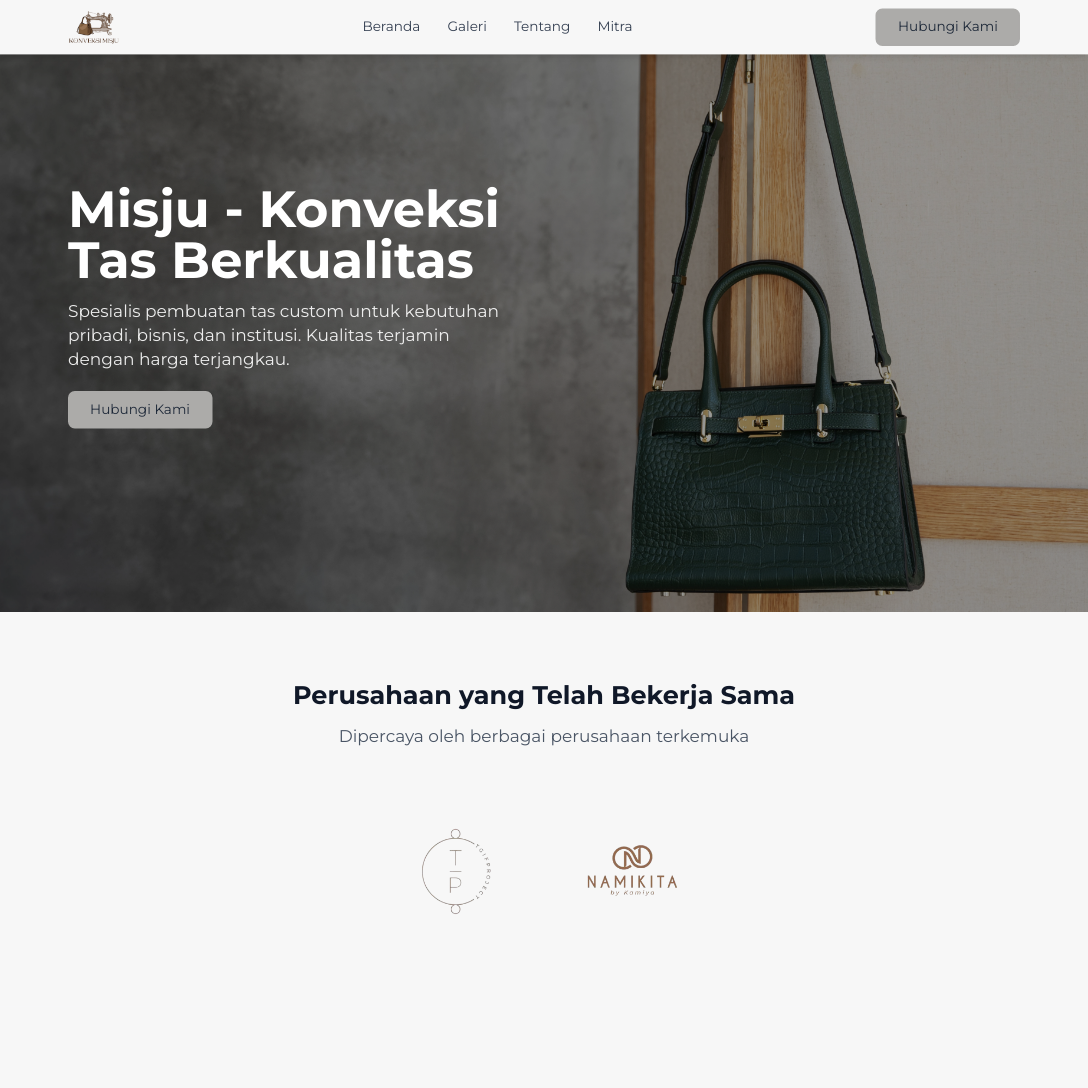
Repository: faridfirdaus-fred/konveksi_misju
Page: /
These files come from the project's save history. The page is drawn as it stood at one moment and after the next save; the edit follows.
The browser window is 1280 px wide. The pictures show the part of the page from y = 0 to 1280 px (the page is 3432 px tall before and 3472 px after), at 85% of full size.
Pictures or frames that could not be fetched are drawn as grey boxes. The project was rebuilt for these pictures with package versions that can differ from the ones it lists, and the page was loaded fresh each time. Also part of the build but not shown: vite.config.js.

Above is the page before, as saved 2026-01-10 15:34:06.

### index.html
<!doctype html>
<html lang="en">
  <head>
    <meta charset="UTF-8" />
    <link rel="icon" type="image/svg+xml" href="/vite.svg" />
    <meta name="viewport" content="width=device-width, initial-scale=1.0" />
    <link rel="preconnect" href="https://fonts.googleapis.com">
    <link rel="preconnect" href="https://fonts.gstatic.com" crossorigin>
    <link href="https://fonts.googleapis.com/css2?family=Montserrat:wght@300;400;500;600;700;800&display=swap" rel="stylesheet">
    <title>portfolio_misju</title>
  </head>
  <body>
    <div id="root"></div>
    <script type="module" src="/src/main.jsx"></script>
  </body>
</html>

### src/index.css
@import "tailwindcss";

@theme {
  --color-primary: #ACABA9;
  --color-secondary: #F7F7F7;
}

### src/App.jsx
import './App.css'
import Navbar from './components/Navbar'
import Hero from './components/Hero'
import Partners from './components/Partners'
import Gallery from './components/Gallery'
import About from './components/About'
import Footer from './components/Footer'
import Hero_Bottom from './components/Hero_Bottom'

function App() {
  return (
    <div className="min-h-screen bg-gray-50">
      <Navbar />
      <Hero />
      <Partners />
      <Hero_Bottom />
      <Gallery />
      <About />
      <Footer />
    </div>
  )
}

export default App

### src/App.css
/* Custom styles for portfolio */
html {
  scroll-behavior: smooth;
}

body {
  font-family: "Montserrat", sans-serif;
  font-optical-sizing: auto;
}

### src/components/Navbar.jsx
import { useState, useEffect, useRef } from 'react'
import logo from '../assets/logo.webp'

function Navbar() {
    const [isMobileMenuOpen, setIsMobileMenuOpen] = useState(false)
    const navRef = useRef(null)

    useEffect(() => {
        const handleClickOutside = (event) => {
            if (navRef.current && !navRef.current.contains(event.target)) {
                setIsMobileMenuOpen(false)
            }
        }

        if (isMobileMenuOpen) {
            document.addEventListener('mousedown', handleClickOutside)
        }

        return () => {
            document.removeEventListener('mousedown', handleClickOutside)
        }
    }, [isMobileMenuOpen])

    const scrollToSection = (id) => {
        const element = document.getElementById(id)
        if (element) {
            element.scrollIntoView({ behavior: 'smooth' })
        }
        setIsMobileMenuOpen(false)
    }

    return (
        <nav ref={navRef} className="fixed top-0 px-4 md:px-20 left-0 right-0 bg-secondary shadow-md z-50">
            <div className=" mx-auto">
                <div className="flex justify-between items-center h-16">
                    {/* Logo - Kiri */}
                    <div className="shrink-0">
                        <a href="#home" className="flex items-center">
                            <img src={logo} alt="MyPortfolio Logo" className="h-10 w-auto" />
                        </a>
                    </div>

                    {/* Navigation - Tengah (Desktop) */}
                    <div className="hidden md:flex space-x-8">
                        <button onClick={() => scrollToSection('home')} className="text-gray-700 hover:text-primary transition">
                            Beranda
                        </button>

                        <button onClick={() => scrollToSection('gallery')} className="text-gray-700 hover:text-primary transition">
                            Galeri
                        </button>
                        <button onClick={() => scrollToSection('about')} className="text-gray-700 hover:text-primary transition">
                            Tentang
                        </button>
                         <button onClick={() => scrollToSection('partners')} className="text-gray-700 hover:text-primary transition">
                            Mitra
                        </button>
                    </div>

                    {/* Contact Button - Kanan */}
                    <div className="hidden md:block">
                        <a
                            href="https://wa.me/6285318217545"
                            target="_blank"
                            rel="noopener noreferrer"
                            className="inline-block bg-primary text-gray-800 px-6 py-2 rounded-lg transition hover:bg-gray-800 hover:text-primary border-2 border-primary"
                        >
                            Hubungi Kami
                        </a>
                    </div>

                    {/* Mobile menu button */}
                    <div className="md:hidden">
                        <button
                            onClick={() => setIsMobileMenuOpen(!isMobileMenuOpen)}
                            className="text-gray-700 hover:text-blue-600"
                        >
                            <svg className="h-6 w-6" fill="none" viewBox="0 0 24 24" stroke="currentColor">
                                <path strokeLinecap="round" strokeLinejoin="round" strokeWidth={2} d={isMobileMenuOpen ? "M6 18L18 6M6 6l12 12" : "M4 6h16M4 12h16M4 18h16"} />
                            </svg>
                        </button>
                    </div>
                </div>
            </div>

            {/* Mobile menu */}
            {isMobileMenuOpen && (
                <div className="md:hidden bg-white border-t">
                    <div className="px-2 pt-2 pb-3 space-y-1">
                        <button onClick={() => scrollToSection('home')} className="block w-full text-left px-3 py-2 text-gray-700 hover:bg-gray-100">
                            Beranda
                        </button>
                        <button onClick={() => scrollToSection('partners')} className="block w-full text-left px-3 py-2 text-gray-700 hover:bg-gray-100">
                            Mitra
                        </button>
                        <button onClick={() => scrollToSection('gallery')} className="block w-full text-left px-3 py-2 text-gray-700 hover:bg-gray-100">
                            Galeri
                        </button>
                        <button onClick={() => scrollToSection('about')} className="block w-full text-left px-3 py-2 text-gray-700 hover:bg-gray-100">
                            Tentang
                        </button>
                        <a
                            href="https://wa.me/6285318217545"
                            target="_blank"
                            rel="noopener noreferrer"
                            className="block w-full text-center px-3 py-2 bg-primary text-gray-800 hover:bg-secondary hover:text-primary rounded"
                        >
                            Hubungi Kami
                        </a>
                    </div>
                </div>
            )}
        </nav>
    )
}

export default Navbar

### src/components/Hero.jsx
import hero from '../assets/hero.webp'

function Hero() {

  return (
    <section
      id="home"
      className="h-screen w-full flex items-center relative bg-cover bg-no-repeat bg-right md:bg-center"
      style={{
        backgroundImage: `url(${hero})`
      }}
    >
      {/* Overlay */}
      <div className="absolute inset-0 bg-black/40"></div>

      {/* Content */}
      <div className="relative z-10 md:max-w-2xl px-4 md:px-20">
        <div className="w-full">
          <h1 className="text-3xl md:text-6xl font-bold text-white mb-4">
            Misju - Konveksi Tas Berkualitas
          </h1>
          <p className="text-base md:text-xl text-white/90 mb-6">
            Spesialis pembuatan tas custom untuk kebutuhan pribadi, bisnis, dan institusi. Kualitas terjamin dengan harga terjangkau.
          </p>
          <div className="flex flex-wrap gap-4">
            <a
              href="https://wa.me/6285318217545"
              target="_blank"
              rel="noopener noreferrer"
              className="inline-block bg-primary text-gray-800 px-6 py-2 rounded-lg transition hover:bg-gray-800 hover:text-primary border-2 border-primary">

              Hubungi Kami
            </a>
          </div>
        </div>
      </div>
    </section>
  )
}

export default Hero

### src/components/Partners.jsx
import tgif from '../assets/tgif.webp'
import namikita from '../assets/namikita.webp'

function Partners() {
  const partners = [
    {
      id: 1,
      name: 'TGI Friday\'s',
      logo: tgif,
      alt: 'TGI Friday\'s Logo'
    },
    {
      id: 2,
      name: 'Namikita',
      logo: namikita,
      alt: 'Namikita Logo'
    },
  ]

  return (
    <section id="partners" className="py-20 px-20 bg-secondary">
      <div className="w-full mx-auto">
        <div className="text-center mb-16">
          <h2 className="text-3xl font-bold text-gray-900 mb-4">
            Perusahaan yang Telah Bekerja Sama
          </h2>
          <p className="text-xl text-gray-600">
            Dipercaya oleh berbagai perusahaan terkemuka
          </p>
        </div>
        <div className="flex flex-wrap justify-center gap-8 md:gap-12">
          {partners.map((partner) => (
            <div key={partner.id} className="flex items-center justify-center rounded-lg hover:shadow-lg transition">
              <img
                src={partner.logo}
                alt={partner.alt}
                className="max-h-16 md:max-h-40 w-auto object-contain"
              />
            </div>
          ))}
        </div>
      </div>
    </section>
  )
}

export default Partners

### src/components/Gallery.jsx

function Gallery() {
  const galleryItems = [
    { id: 1, title: 'TAS CUSTOM PREMIUM', image: 'https://images.unsplash.com/photo-1553062407-98eeb64c6a62?w=800&q=80', description: 'Tas custom berkualitas tinggi dengan desain eksklusif' },
    { id: 2, title: 'BACKPACK PROFESIONAL', image: 'https://images.unsplash.com/photo-1622560480605-d83c853bc5c3?w=800&q=80', description: 'Backpack ergonomis untuk kebutuhan profesional' },
    { id: 3, title: 'TAS LAPTOP ELEGAN', image: 'https://images.unsplash.com/photo-1547949003-9792a18a2601?w=800&q=80', description: 'Tas laptop dengan desain modern dan praktis' },
    { id: 4, title: 'MESSENGER BAG STYLISH', image: 'https://images.unsplash.com/photo-1548036328-c9fa89d128fa?w=800&q=80', description: 'Tas selempang dengan gaya urban dan fungsional' },
    { id: 5, title: 'TRAVEL BAG MULTIFUNGSI', image: 'https://images.unsplash.com/photo-1581605405669-fcdf81165afa?w=800&q=80', description: 'Tas travel dengan banyak kompartemen' },
    { id: 6, title: 'TOTE BAG CASUAL', image: 'https://images.unsplash.com/photo-1590874103328-eac38a683ce7?w=800&q=80', description: 'Tas tote santai untuk aktivitas sehari-hari' },
  ]

  return (
    <section id="gallery" className="py-12 md:py-20 bg-secondary">
      <div className="w-full">
        {/* Header */}
        <div className="text-center mb-8 md:mb-12">
          <h2 className="text-3xl md:text-4xl font-bold text-gray-900 mb-3 md:mb-4">
            Galeri Produk Kami
          </h2>
          <p className="text-base md:text-xl text-gray-600">
            Koleksi tas berkualitas dengan berbagai model dan fungsi
          </p>
        </div>

        {/* Grid Gallery */}
        <div className="grid grid-cols-2 md:grid-cols-3 lg:grid-cols-4 gap-3 md:gap-4 mb-8 md:mb-12">
          {galleryItems.map((item) => (
            <div
              key={item.id}
              className="relative aspect-square overflow-hidden shadow-lg hover:shadow-2xl transition-all duration-300 cursor-pointer group"
            >
              {/* Image */}
              <img
                src={item.image}
                alt={item.title}
                className="w-full h-full object-cover group-hover:scale-110 transition-transform duration-500"
              />

              {/* Hover Effect */}
              <div className="absolute inset-0 bg-primary/0 group-hover:bg-primary/10 transition-all duration-300"></div>
            </div>
          ))}
        </div>

      \
      </div>
    </section>
  )
}

export default Gallery

### src/components/About.jsx
function About() {
  return (
    <section id="about" className="py-20 px-4 bg-white ">
      <div className="max-w-7xl mx-auto">

      </div>
    </section>
  )
}

export default About

### src/components/Footer.jsx
import logo from '../assets/logo.webp'

function Footer() {
  const scrollToSection = (id) => {
    const element = document.getElementById(id)
    if (element) {
      element.scrollIntoView({ behavior: 'smooth' })
    }
  }

  return (
    <footer id="footer" className="bg-gray-800 text-white py-12 md:py-16 px-4 md:px-8 lg:px-20">
      <div className="w-full mx-auto">
        <div className="grid grid-cols-1 md:grid-cols-3 gap-8 md:gap-12 mb-8">
          {/* About */}
          <div>
            <img src={logo} alt="Misju Logo" className="h-12 w-auto mb-4" />
            <h3 className="text-xl md:text-2xl font-bold mb-3 md:mb-4">Misju</h3>
            <p className="text-gray-300 text-sm md:text-base leading-relaxed">
              Konveksi tas berkualitas tinggi dengan desain custom untuk kebutuhan pribadi, bisnis, dan institusi.
            </p>
          </div>

          {/* Quick Links */}
          <div>
            <h3 className="text-lg md:text-xl font-bold mb-3 md:mb-4">Navigasi Cepat</h3>
            <ul className="space-y-2">
              <li>
                <button onClick={() => scrollToSection('home')} className="text-gray-300 hover:text-white transition text-sm md:text-base">
                  Beranda
                </button>
              </li>
              <li>
                <button onClick={() => scrollToSection('gallery')} className="text-gray-300 hover:text-white transition text-sm md:text-base">
                  Galeri
                </button>
              </li>
              <li>
                <button onClick={() => scrollToSection('about')} className="text-gray-300 hover:text-white transition text-sm md:text-base">
                  Tentang
                </button>
              </li>
              <li>
                <button onClick={() => scrollToSection('partners')} className="text-gray-300 hover:text-white transition text-sm md:text-base">
                  Mitra
                </button>
              </li>
            </ul>
          </div>

          {/* Contact */}
          <div>
            <h3 className="text-lg md:text-xl font-bold mb-3 md:mb-4">Hubungi Kami</h3>
            <ul className="space-y-2 text-gray-300 text-sm md:text-base">
              <li className="flex items-start gap-2">
                <span>📧</span>
                <span>misju@example.com</span>
              </li>
              <li className="flex items-start gap-2">
                <span>📱</span>
                <span>+62 853 1821 7545</span>
              </li>
              <li className="flex items-start gap-2">
                <span>📍</span>
                <span>Jakarta, Indonesia</span>
              </li>
            </ul>
            <div className="mt-6">
              <a
                href="https://wa.me/6285318217545"
                target="_blank"
                rel="noopener noreferrer"
                className="inline-block bg-primary text-white px-6 py-2 rounded-lg transition hover:bg-white hover:text-primary shadow-lg text-sm md:text-base font-semibold"
              >
                WhatsApp Kami
              </a>
            </div>
          </div>
        </div>

        <div className="border-t border-gray-700 pt-6 md:pt-8 text-center">
          <p className="text-gray-400 text-sm md:text-base">&copy; 2026 Misju. Semua hak cipta dilindungi.</p>
        </div>
      </div>
    </footer>
  )
}

export default Footer

### src/components/Hero_Bottom.jsx
import { useState } from 'react'

function Hero_Bottom() {
  const [currentSlide, setCurrentSlide] = useState(0)

  // Data untuk carousel
  const slides = [
    {
      id: 1,
      title: "CARRY THE DAY",
      caption: "Everything you need to make it through a day at the office, from your laptop to your gym clothes, and still look the part once you're off the clock.",
      image: "https://images.unsplash.com/photo-1553062407-98eeb64c6a62?w=800&q=80"
    },
    {
      id: 2,
      title: "URBAN EXPLORER",
      caption: "Navigate the city streets with style and comfort. Perfect companion for your daily adventures and weekend getaways.",
      image: "https://images.unsplash.com/photo-1622560480605-d83c853bc5c3?w=800&q=80"
    },
    {
      id: 3,
      title: "WORK & PLAY",
      caption: "Seamlessly transition from professional meetings to casual outings. Designed for the modern lifestyle.",
      image: "https://images.unsplash.com/photo-1547949003-9792a18a2601?w=800&q=80"
    }
  ]

  const nextSlide = () => {
    setCurrentSlide((prev) => (prev + 1) % slides.length)
  }

  const prevSlide = () => {
    setCurrentSlide((prev) => (prev - 1 + slides.length) % slides.length)
  }

  const goToSlide = (index) => {
    setCurrentSlide(index)
  }

  return (
    <section id="home" className="pt-12 pb-12 md:pt-24 md:pb-20 bg-secondary">
      <div className=" mx-auto ">
        {/* Mobile First Layout */}
        <div className="flex flex-col md:flex-row gap-6 md:gap-12 items-center">

          {/* Left Section - Caption (Mobile: bottom, Desktop: left) */}
          <div className="w-full pl-20 md:w-6/12 order-2 md:order-1 text-center md:text-left">
            <div className="max-w-md mx-auto md:mx-0">
              <h2 className="text-3xl md:text-4xl lg:text-5xl font-bold mb-4 md:mb-6">
                {slides[currentSlide].title}
              </h2>
              <p className="text-base md:text-lg text-gray-600 leading-relaxed">
                {slides[currentSlide].caption}
              </p>
            </div>
          </div>

          {/* Right Section - Image (Mobile: top, Desktop: right) */}
          <div className="w-full md:w-6/12 order-1 md:order-2 relative">
            <div className="relative aspect-square md:aspect-[4/3]  overflow-hidden shadow-xl">
              <img
                src={slides[currentSlide].image}
                alt={slides[currentSlide].title}
                className="w-full h-full object-cover transition-opacity duration-500"
              />

              {/* Desktop Navigation Buttons */}
              <button
                onClick={prevSlide}
                className="hidden md:flex absolute left-4 top-1/2 -translate-y-1/2 bg-white/90 hover:bg-white p-3 rounded-full shadow-lg transition-all duration-200 items-center justify-center group"
                aria-label="Previous slide"
              >
                <svg className="w-6 h-6 text-gray-800 group-hover:text-black" fill="none" stroke="currentColor" viewBox="0 0 24 24">
                  <path strokeLinecap="round" strokeLinejoin="round" strokeWidth={2} d="M15 19l-7-7 7-7" />
                </svg>
              </button>

              <button
                onClick={nextSlide}
                className="hidden md:flex absolute right-4 top-1/2 -translate-y-1/2 bg-white/90 hover:bg-white p-3 rounded-full shadow-lg transition-all duration-200 items-center justify-center group"
                aria-label="Next slide"
              >
                <svg className="w-6 h-6 text-gray-800 group-hover:text-black" fill="none" stroke="currentColor" viewBox="0 0 24 24">
                  <path strokeLinecap="round" strokeLinejoin="round" strokeWidth={2} d="M9 5l7 7-7 7" />
                </svg>
              </button>
            </div>

            {/* Mobile Dot Navigation */}
            <div className="flex md:hidden justify-center gap-2 mt-6">
              {slides.map((_, index) => (
                <button
                  key={index}
                  onClick={() => goToSlide(index)}
                  className={`w-3 h-3 rounded-full transition-all duration-300 ${
                    currentSlide === index
                      ? 'bg-gray-800 w-8'
                      : 'bg-gray-300 hover:bg-gray-400'
                  }`}
                  aria-label={`Go to slide ${index + 1}`}
                />
              ))}
            </div>
          </div>

        </div>

        {/* Desktop Dot Indicators (optional - below content) */}
        <div className="hidden md:flex justify-center gap-2 mt-8">
          {slides.map((_, index) => (
            <button
              key={index}
              onClick={() => goToSlide(index)}
              className={`w-2.5 h-2.5 rounded-full transition-all duration-300 ${
                currentSlide === index
                  ? 'bg-gray-800 w-8'
                  : 'bg-gray-300 hover:bg-gray-400'
              }`}
              aria-label={`Go to slide ${index + 1}`}
            />
          ))}
        </div>
      </div>
    </section>
  )
}

export default Hero_Bottom

Loaded but not shown: src/main.jsx (common file)

After the next save:
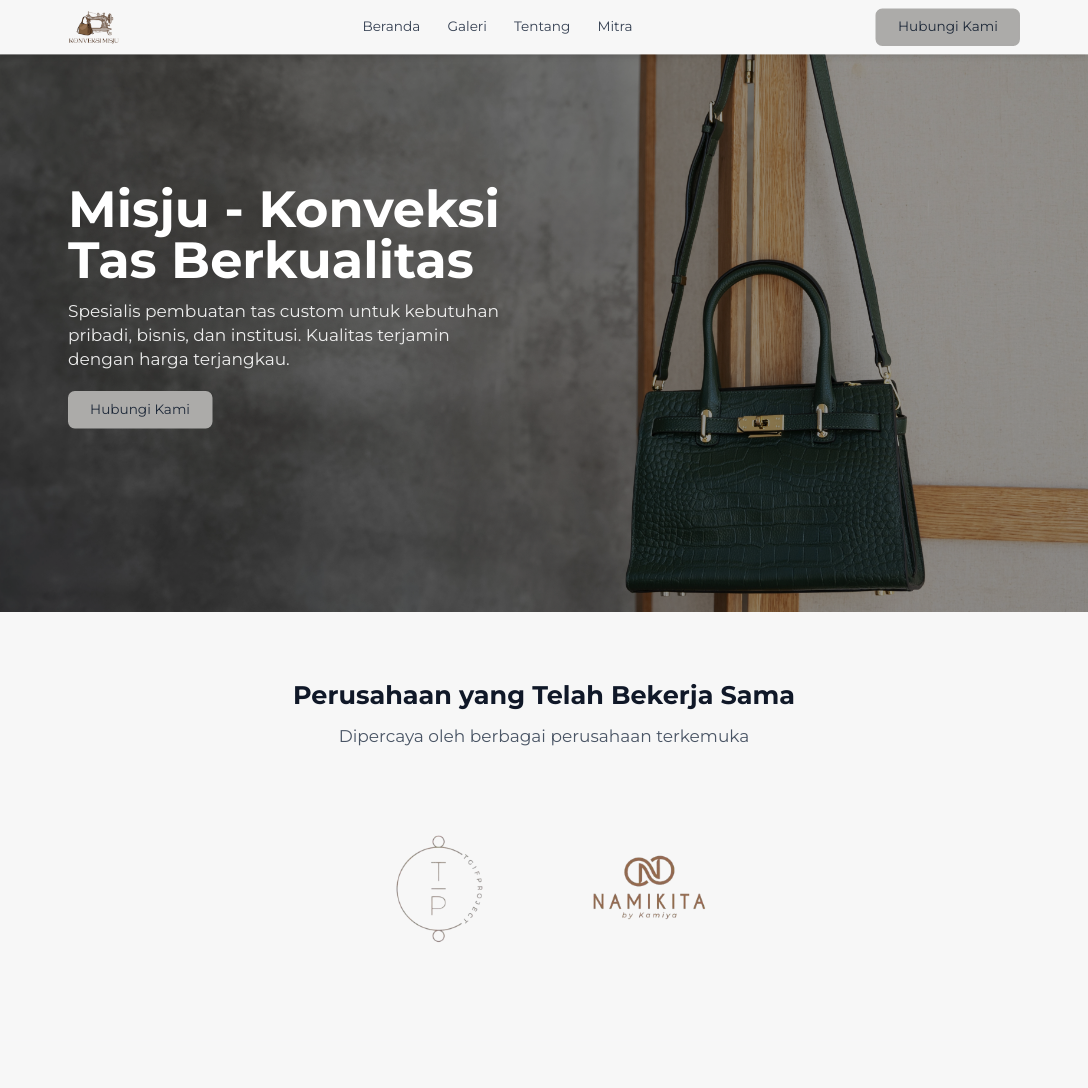
Saved 7 s later.
--- a/src/components/Partners.jsx
+++ b/src/components/Partners.jsx
@@ -34,7 +34,7 @@
               <img
                 src={partner.logo}
                 alt={partner.alt}
-                className="max-h-16 md:max-h-40 w-auto object-contain"
+                className="max-h-16 md:max-h-50 w-auto object-contain"
               />
             </div>
           ))}
